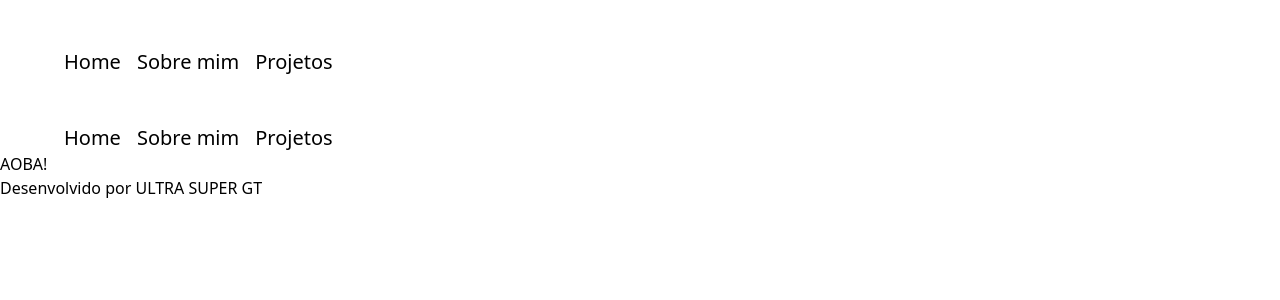
Repository: SUPER-ULTRA-GT/arquitetura
Page: /aboutme
The author's editor kept a copy of each file at every save. The page is drawn from the files as they stood at one save, then again after the next save.
The browser window is 1280 px wide. The pictures show the whole page.
The project was rebuilt for these pictures with package versions that can differ from the ones it lists, and the page was loaded fresh each time. Also part of the build but not shown: vite.config.js, src/pages/Home/index.jsx, src/pages/NotFound/index.jsx, src/pages/Projects/index.jsx.

Above is the page before, as saved 2025-05-22 10:53:49.

After the next save:
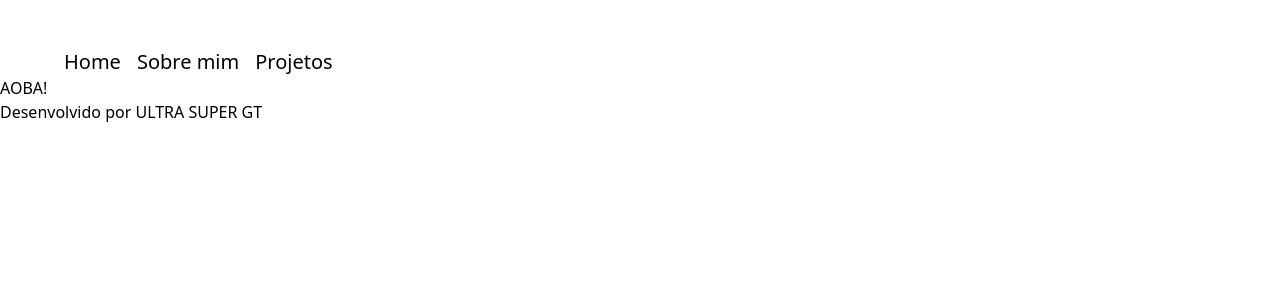
Saved 4 s later.
--- a/src/pages/AboutMe/index.jsx
+++ b/src/pages/AboutMe/index.jsx
@@ -3,7 +3,6 @@ import Header from "../../components/Header";
 const AboutMe = () => {
     return (
         <>
-            <Header />
             <h1>AOBA!</h1>
         </>
     );
